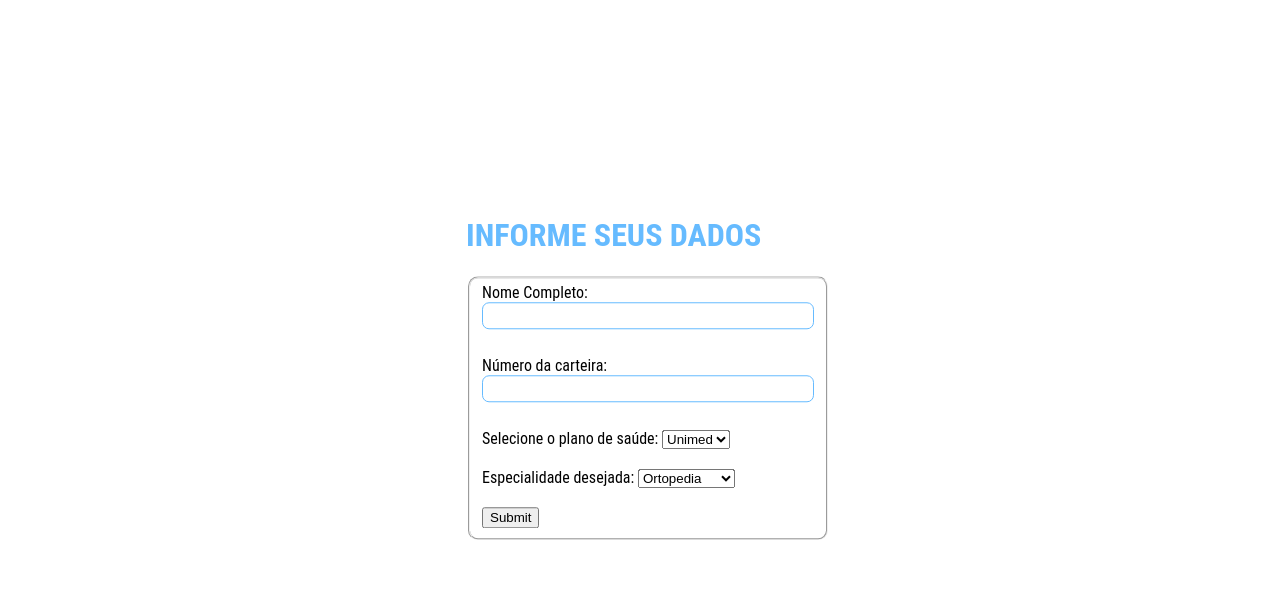
Repository: ohenriquesouza/HospitalCRUD-using-JavaEE
Page: JSP_test/src/main/webapp/novaConsulta.html
An editor plug-in stored every save of this project. The page is shown before and after the next save, followed by the edit.
The browser window is 1280 px wide. The pictures show the whole page.
Some web fonts or font styles are not loaded; a fallback is used.

Above is the page before, as saved 2022-12-27 16:35:08.

After the next save:
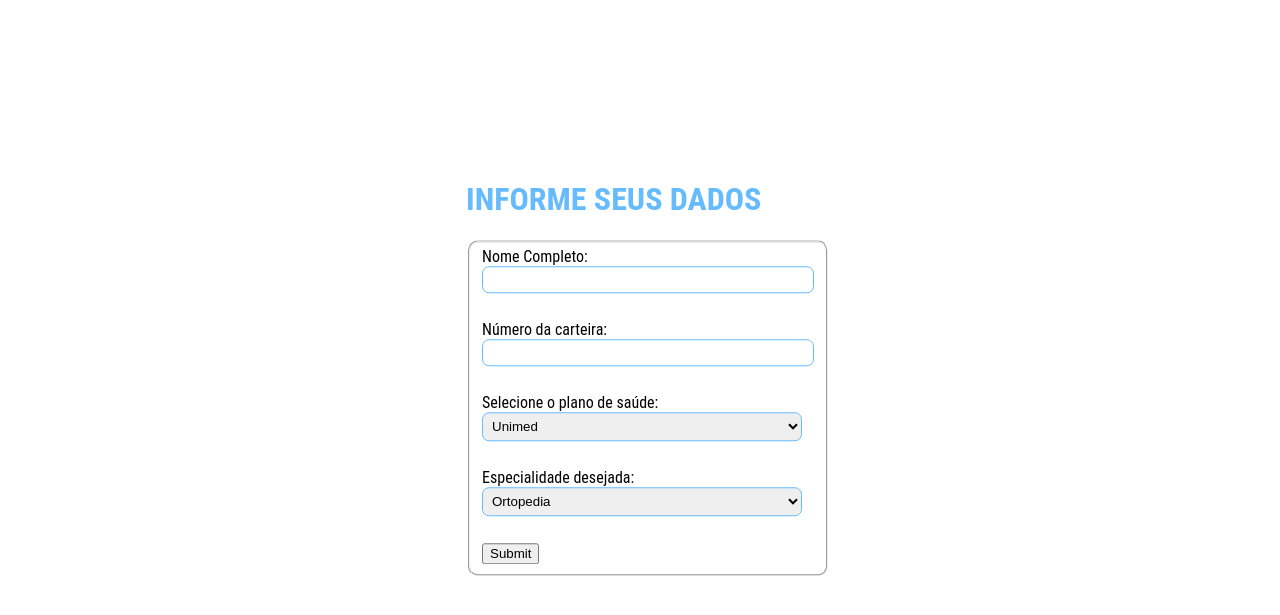
Saved 15 s later.
--- a/JSP_test/src/main/webapp/novaConsulta.html
+++ b/JSP_test/src/main/webapp/novaConsulta.html
@@ -18,6 +18,20 @@
             	border-radius: 7px;
             }
             .input_nmCarteira{
+            	width: 320px;
+            	padding: 5px;
+            	margin-bottom: 8px;
+            	border: 1px solid #66bbff;
+            	border-radius: 7px;
+            }
+             .input_plano{
+            	width: 320px;
+            	padding: 5px;
+            	margin-bottom: 8px;
+            	border: 1px solid #66bbff;
+            	border-radius: 7px;
+            }
+             .input_espec{
             	width: 320px;
             	padding: 5px;
             	margin-bottom: 8px;
